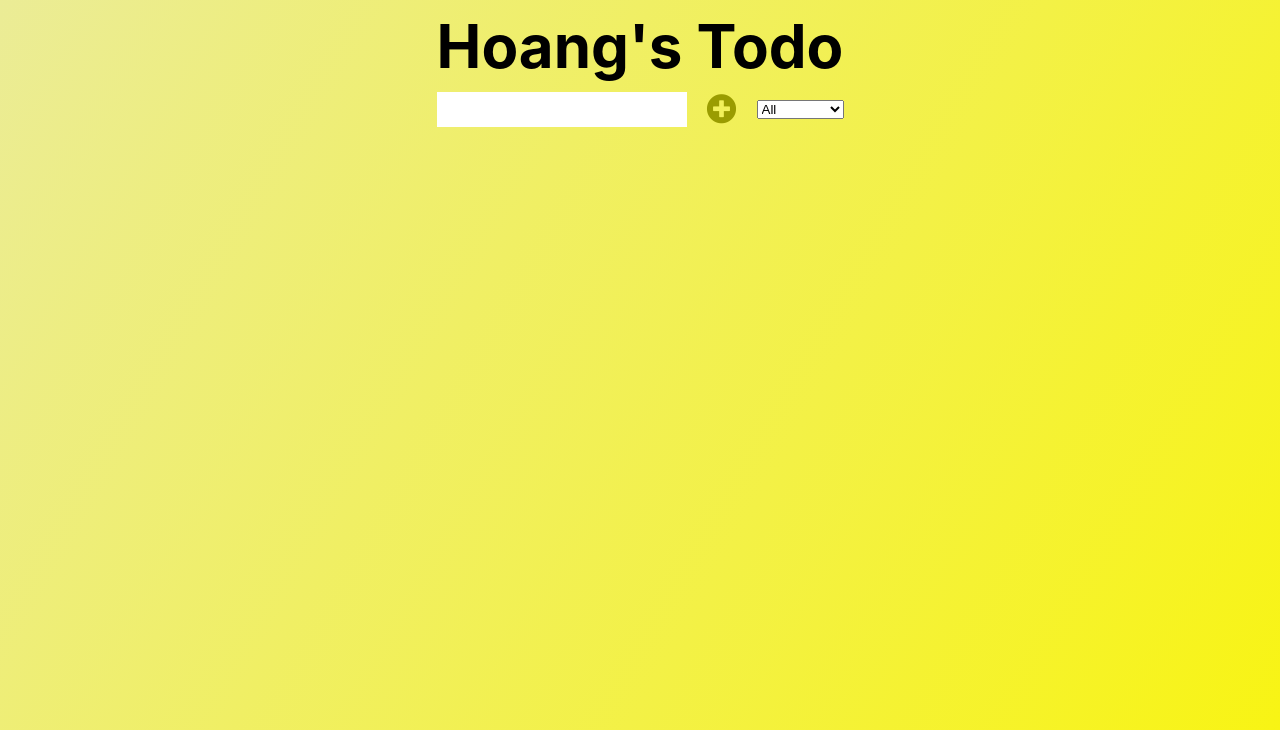
Repository: DinhHoang0607/TodoReact
Page: /
These files come from the project's save history. The page is drawn as it stood at one moment and after a run of saves; the edit follows.
The browser window is 1280 px wide. The pictures show the whole page.
Some web libraries are served in a nearby version. The project was rebuilt for these pictures with package versions that can differ from the ones it lists, and the page was loaded fresh each time.

Above is the page before, as saved 2021-09-09 23:45:50.

After the next 3 saves:
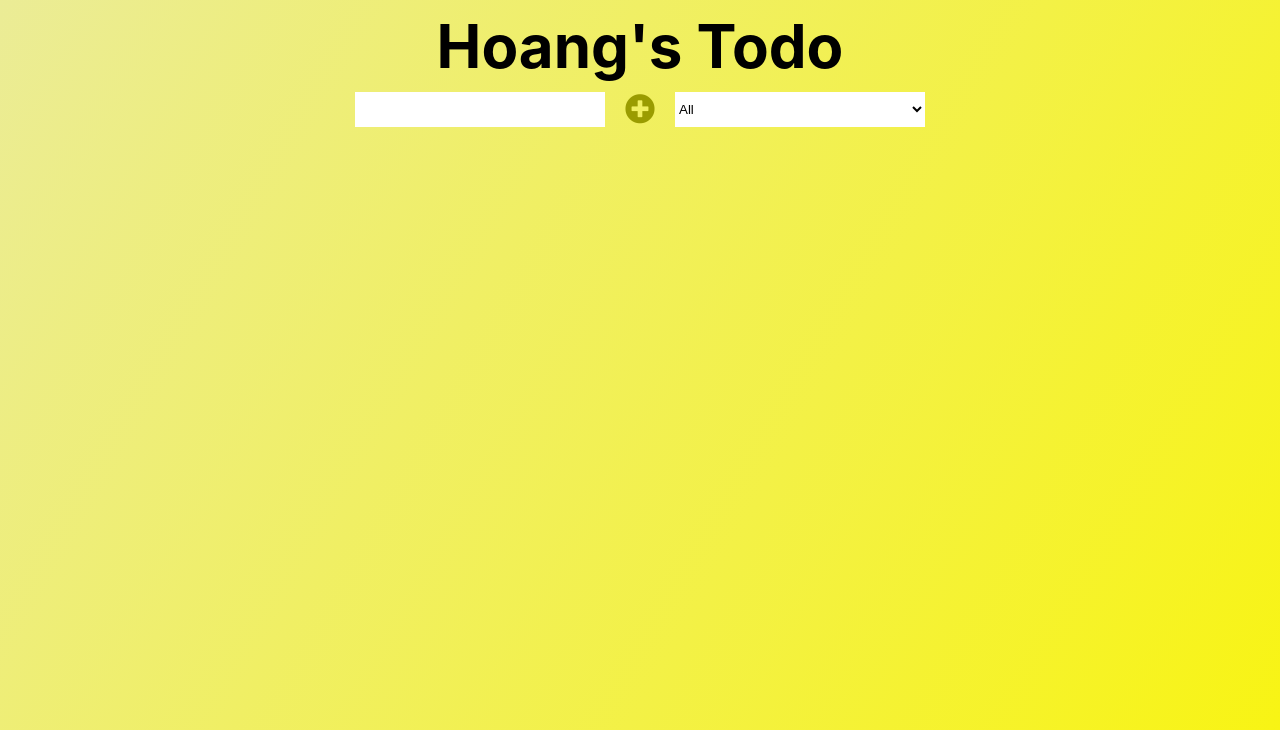
The 3 saves are shown as one change because they came seconds apart.
The last was saved 25 s later.
--- a/src/App.css
+++ b/src/App.css
@@ -46,6 +46,9 @@ form {
 .form__btn:hover{
   color:rgb(27, 247, 255)
 }
-.form__select{
-
+.select__item{
+  width: 25rem;
+  height: 3.5rem;
+  border: none;
+  background: white;
 }
